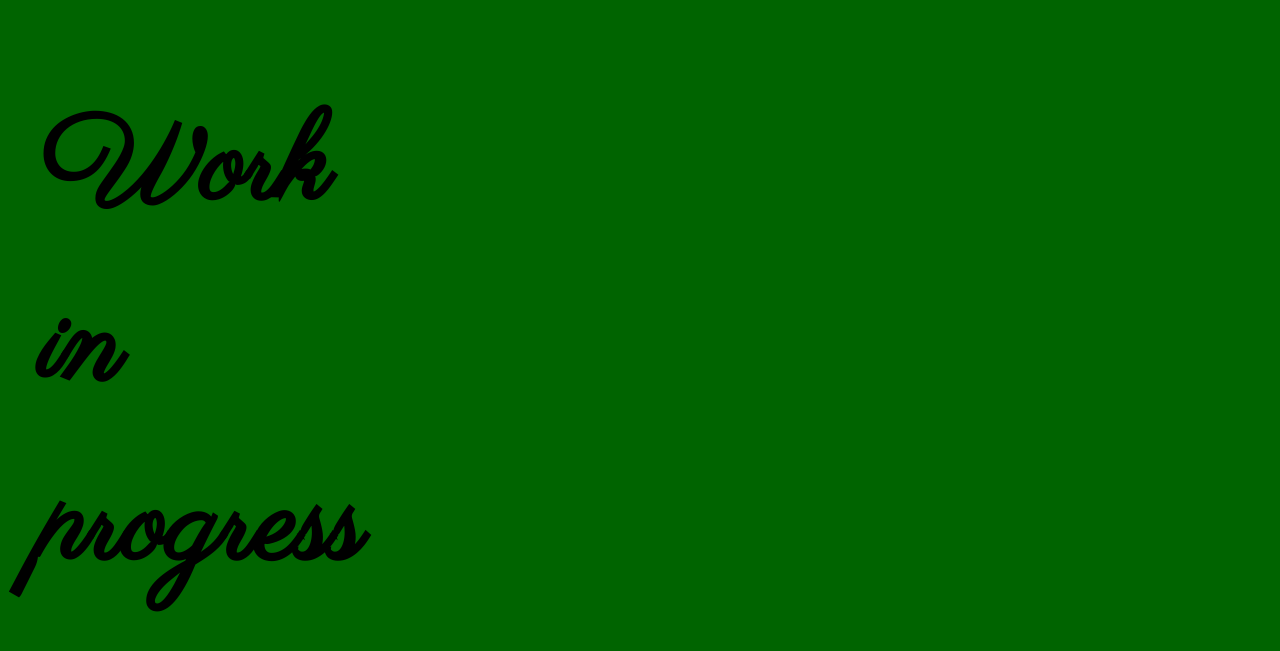
Repository: NollieChtn6/NollieChtn6.github.io
Page: index.html
These files come from the project's save history. The page is drawn as it stood at one moment and after the next save; the edit follows.
The browser window is 1280 px wide. The pictures show the whole page.

Above is the page before, as saved 2023-11-10 18:01:07.

### index.html

<!DOCTYPE html>

<html lang="fr">

<head>
  <meta charset="utf-8">
  <meta name="viewport" content="width=device-width">
  <link href="css/reset.css" rel="stylesheet">
  <link href="css/style.css" rel="stylesheet">
  <link
    href="https://fonts.googleapis.com/css2?family=Asap:wght@400;700&family=Parisienne&display=swap"
    rel="stylesheet">
  <title>Portfolio</title>
</head>

<body>

  <main class="main__container">

    <div class="main__content">

      <h1 class="main__title">
        <span class="main__title--level-1">
          Work
        </span>
        <span class="main__title--level-2">
          in
        </span>
        <span class="main__title--level-3">
          progress
        </span>
      </h1>

    </div>

  </main>

</body>

</html>

### css/style.css
/* VARIABLES */

/* :root {

} */


/* GÉNÉRAL */

* {
  box-sizing: border-box;
}

html {
  font-size: 62.5%;
}

body {
  display: flex;
  flex-direction: column;
  height: 100vh;
  min-height: 100vh;
}

h1 {
  font-family: 'Asap', sans-serif;
  font-family: 'Parisienne', cursive;
}


/* MAIN  */

.main__container {
  display: flex;
  flex-direction: column;
  background-color: antiquewhite;
  height: 100vh;
  width: 100vw;
}

.main__content {
  display: flex;
  flex-direction: column;
  background-color:darkgreen;
  height: 100vh;
  width: 100vw;
  /* padding: 5rem 0rem 0rem 8rem; */
  /* justify-content: center; */
  /* align-items: center; */
  padding-top: 8rem;
  padding-left: 4rem;;

}

h1 {
  display: flex;
  flex-direction: column;
  width: 60vw;
  font-size: 12rem;
}

Loaded but not shown: css/reset.css (common file)

After the next save:
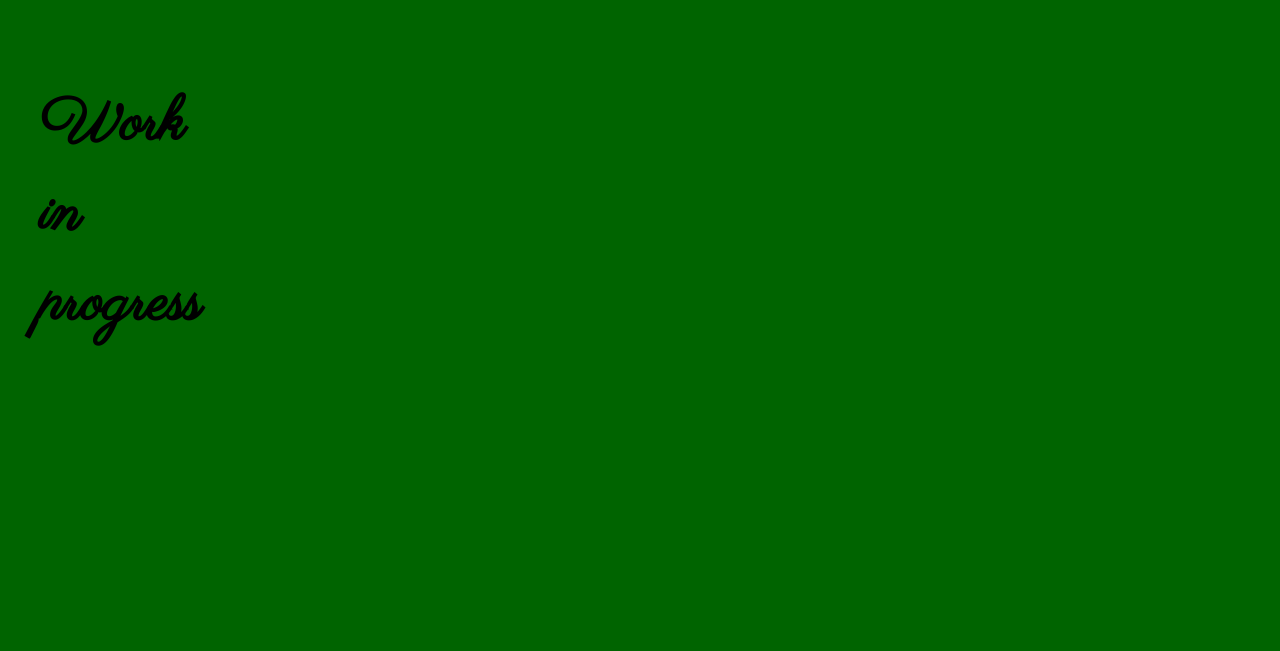
Saved 5 s later.
--- a/css/style.css
+++ b/css/style.css
@@ -56,5 +56,5 @@ h1 {
   display: flex;
   flex-direction: column;
   width: 60vw;
-  font-size: 12rem;
+  font-size: 6rem;
 }
